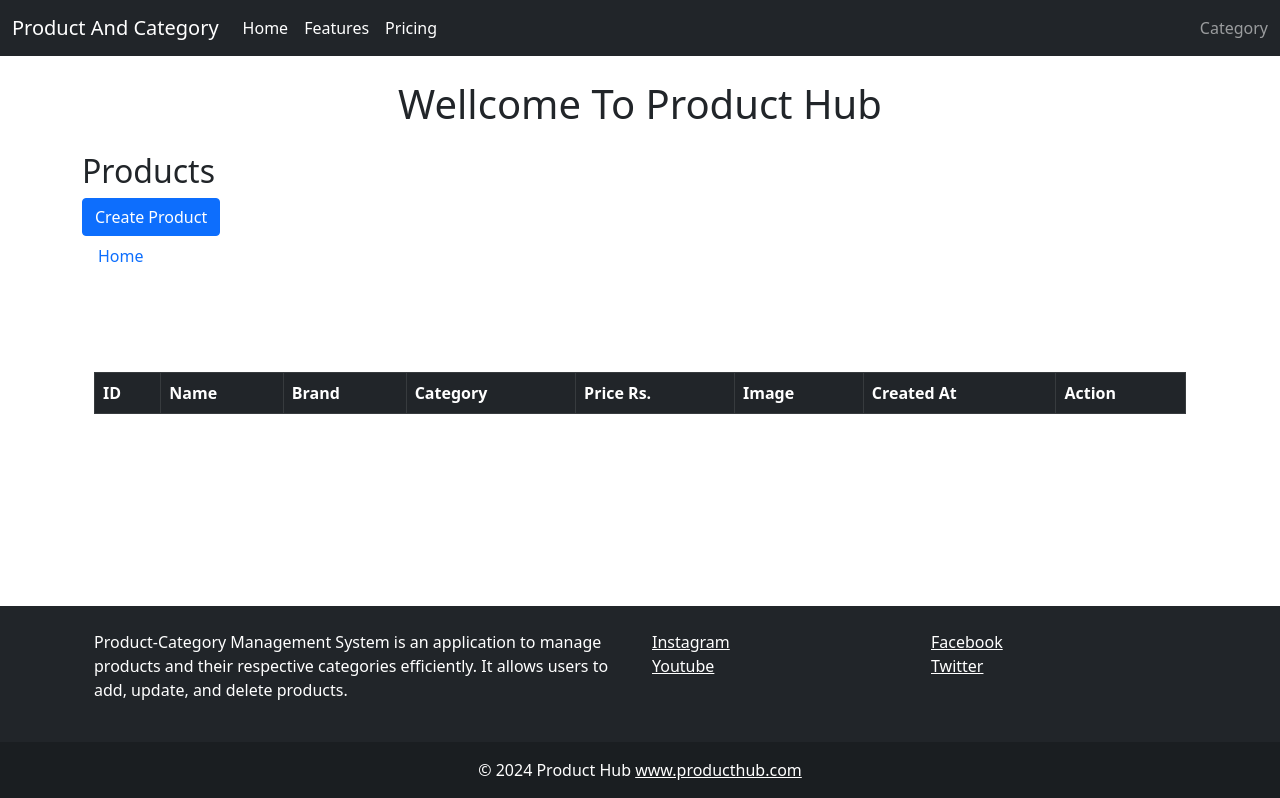
Repository: Pratik8317/Nimap_Assessment
Page: http://localhost/Product
An editor plug-in stored every save of this project. The page is shown before and after the next save, followed by the edit.
The browser window is 1280 px wide. The pictures show the whole page.
The page is this project's Thymeleaf template; nobody is signed in. The template is opened directly, without the code that normally fills it, so the values that code supplies are empty.

Above is the page before, as saved 2024-11-26 12:53:55.

After the next save:
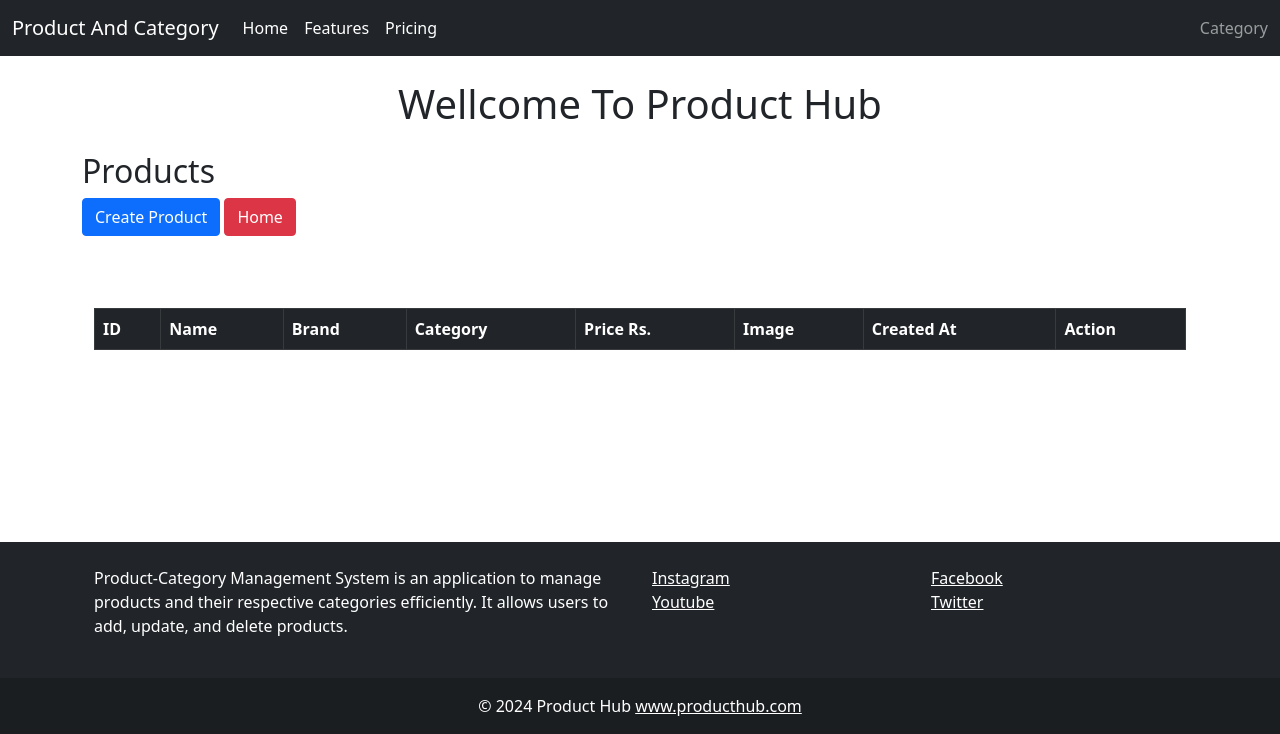
Saved 28 s later.
--- a/Nimap Assessment/Product_Hub/src/main/resources/templates/Product.html
+++ b/Nimap Assessment/Product_Hub/src/main/resources/templates/Product.html
@@ -36,7 +36,7 @@
         <h1 class="text-center my-4">Wellcome To Product Hub</h1>
         <h2><div th:if="${selectedCategory}" th:text="'' + ${selectedCategory}+'  '"></div>Products</h2>
         <a class="btn btn-primary" th:href="@{/productsave}">Create Product</a>
-        <a class="nav-link" th:href="@{/showproductlist}">Home</a>
+        <a class="btn btn-danger" th:href="@{/showproductlist}">Home</a>
 		<br><br><br>
         <div class="container my-4">
     <table class="table table-hover table-striped table-bordered align-middle">
